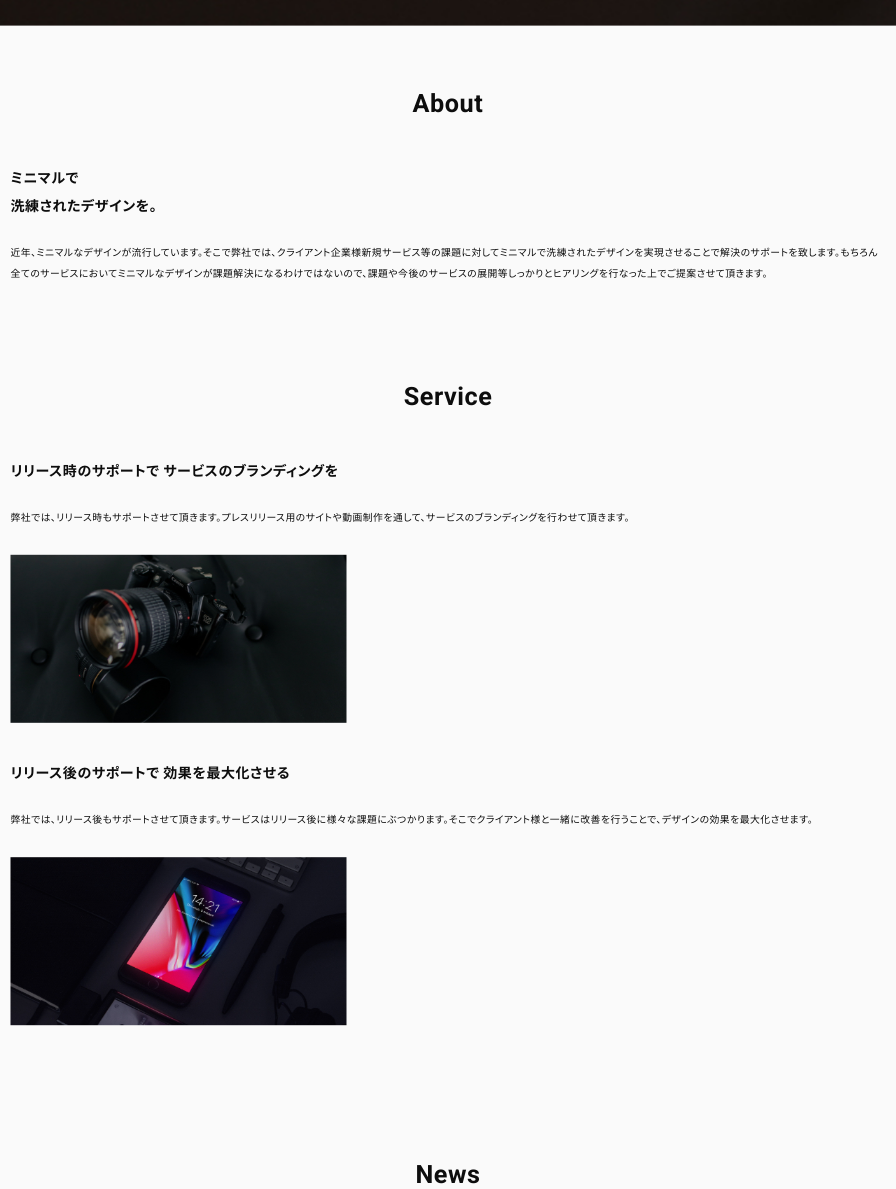
Repository: hatarakimono-kumasan/kurisuta_1st
Page: index.html
These files come from the project's save history. The page is drawn as it stood at one moment and after the next save; the edit follows.
The browser window is 1280 px wide. The pictures show the part of the page from y = 2051 to 3971 px (the page is 3750 px tall before and 3971 px after), at 70% of full size.
Some web libraries are served in a nearby version. The style sheet was rebuilt from its Sass, Less or Tailwind sources for each picture, by a compiler version that may differ from the author's.

Above is the page before, as saved 2020-05-15 08:52:57.

### index.html
<!DOCTYPE html>
<html lang="en">
	<head>
		<meta charset="UTF-8" />
		<meta name="viewport" content="width=device-width, initial-scale=1.0" />
		<meta http-equiv="X-UA-Compatible" content="ie=edge" />
		<title>Cresta.design</title>
		<meta name="keywords" content="カンマ区切りで10個以内推奨" />
		<meta name="description" content="120文字以内" />
		<meta property="og:title" content="このページのタイトル" />
		<meta property="og:type" content="TOPページはwebsite、子ページはarticle" />
		<meta property="og:url" content="このページのURL" />
		<meta property="og:image" content="1200×630以上推奨、絶対パスで指定" />
		<meta property="og:site_name" content="サイト名" />
		<meta property="og:description" content="80〜90文字推奨" />
		<meta name="twitter:card" content="summary or summary_large_image" />
		<meta name="twitter:site" content="@ユーザー名" />
		<meta name="format-detection" content="telephone=no" />
		<!-- <link rel="shortcut icon" sizes="16x16" href="ファビコン" />
		<link rel="apple-touch-icon" sizes="192x192" href="タッチアイコン" />
		<link rel="shortcut icon" sizes="192x192" href="タッチアイコン" /> -->
		<meta name="last-modified" content="Sun, 29 Dec 2019 20:30:30 GMT" />
		<link
			href="https://use.fontawesome.com/releases/v5.6.1/css/all.css"
			rel="stylesheet"
		/>
		<link rel="stylesheet" href="style.css" />
		<script
			src="https://code.jquery.com/jquery-3.4.1.min.js"
			integrity="sha256-CSXorXvZcTkaix6Yvo6HppcZGetbYMGWSFlBw8HfCJo="
			crossorigin="anonymous"
		></script>
	</head>
	<body>
		<!-- header -->
		<header class="header">
			<h1 class="site-title"><a href="./">クリ★スタ</a></h1>
			<div class="nav-wrapper">
				<nav class="header-nav">
					<ul class="nav-list">
						<li class="nav-item"><a href="#about">About</a></li>
						<li class="nav-item"><a href="#service">Service</a></li>
						<li class="nav-item"><a href="#news">News</a></li>
						<li class="nav-item"><a href="#contact">Contact</a></li>
					</ul>
				</nav>
			</div>
			<button class="burger-btn">
				<span class="bars">
					<span class="bar bar_top"></span>
					<span class="bar bar_mid"></span>
					<span class="bar bar_bottom"></span>
				</span>
			</button>
		</header>
		<!-- //header -->

		<!--first view-->
		<div class="first_view">
			<img src="img/fv-bgi_sp@2x.jpg" alt="サイトイメージ" />
			<p>Cresta Design.</p>
		</div>
		<!--//first view-->

		<main>
			<!--about-->
			<section class="about" id="about">
				<h2>About</h2>
				<h3>
					ミニマルで<br />
					洗練されたデザインを。
				</h3>
				<p>
					近年、ミニマルなデザインが流行しています。そこで弊社では、クライアント企業様新規サービス等の課題に対してミニマルで洗練されたデザインを実現させることで解決のサポートを致します。もちろん全てのサービスにおいてミニマルなデザインが課題解決になるわけではないので、課題や今後のサービスの展開等しっかりとヒアリングを行なった上でご提案させて頂きます。
				</p>
			</section>
			<!--//about-->

			<!--service-->
			<section class="service" id="service">
				<h2>Service</h2>
				<h3>リリース時のサポートで サービスのブランディングを</h3>
				<p>
					弊社では、リリース時もサポートさせて頂きます。プレスリリース用のサイトや動画制作を通して、サービスのブランディングを行わせて頂きます。
				</p>
				<img src="/img/service-image@2x.jpg" alt="サービス" />
				<h3>リリース後のサポートで 効果を最大化させる</h3>
				<p>
					弊社では、リリース後もサポートさせて頂きます。サービスはリリース後に様々な課題にぶつかります。そこでクライアント様と一緒に改善を行うことで、デザインの効果を最大化させます。
				</p>
				<img src="/img/service-image02@2x.jpg" alt="サービス" />
			</section>
			<!--//service-->

			<!--news-->
			<section class="news" id="news">
				<h2>News</h2>
			</section>
			<!--//news-->
		</main>
		<script src="drawer.js"></script>
	</body>
</html>

### drawer.js
$(".burger-btn").on("click", function () {
	//.btn_triggerをクリックすると
	$(".burger-btn").toggleClass("close"); //.btn_triggerにcloseクラスを付与(ボタンのアニメーション)
	$(".nav-wrapper").fadeToggle(500); //.nav-wrapperが0.5秒でフェードイン(メニューのフェードイン)
	$("body").toggleClass("noscroll"); //bodyにnoscrollクラスを付与(スクロールを固定)
});

if ($(window).width() < 768) {
	//デバイスの幅が768以下のとき
	$(".nav-item>a").on("click", function () {
		//.nav-item>aをクリックすると
		$(".nav-wrapper").fadeOut(500); //.nav-wrapperが0.5秒でフェードアウト(メニューのフェードアウト)
		$(".burger-btn").removeClass("close"); //.btn_triggerのcloseクラスを削除
		$("body").removeClass("noscroll"); //bodyのnoscrollクラスを削除
	});
}

### style.scss
/* ======================================
Foundation
====================================== */

@import "scss/foundation/reset";
@import "scss/foundation/mixin";
@import "scss/foundation/settings";
@import "scss/foundation/base";

/* ======================================
Layout
====================================== */

@import "scss/layout/header";
// @import 'layout/nav';
@import "scss/layout/main";
// @import 'layout/footer';

/* ======================================
Object
====================================== */

/**
Component
----------------------------------- */

// @import 'object/component/';

/**
Project
----------------------------------- */

// @import 'object/project/';

/**
Utility
----------------------------------- */
// @import 'object/utility/';

### scss/foundation/_reset.scss
html,
body,
div,
span,
object,
iframe,
h1,
h2,
h3,
h4,
h5,
h6,
p,
blockquote,
pre,
abbr,
address,
cite,
code,
del,
dfn,
em,
img,
ins,
kbd,
q,
samp,
small,
strong,
sub,
sup,
var,
b,
i,
dl,
dt,
dd,
ol,
ul,
li,
fieldset,
form,
label,
legend,
table,
caption,
tbody,
tfoot,
thead,
tr,
th,
td,
article,
aside,
canvas,
details,
figcaption,
figure,
footer,
header,
hgroup,
menu,
nav,
section,
summary,
time,
mark,
audio,
video {
	margin: 0;
	padding: 0;
	border: 0;
	outline: 0;
	font-size: 100%;
	vertical-align: baseline;
	background: transparent;
}
body {
	line-height: 1;
}
article,
aside,
details,
figcaption,
figure,
footer,
header,
hgroup,
menu,
nav,
section,
main {
	display: block;
}
ol,
ul {
	list-style: none;
}
blockquote,
q {
	quotes: none;
}
blockquote:before,
blockquote:after,
q:before,
q:after {
	content: "";
	content: none;
}
a {
	margin: 0;
	padding: 0;
	font-size: 100%;
	vertical-align: baseline;
	background: transparent;
}
ins {
	background-color: #ff9;
	color: #333;
	text-decoration: none;
}
mark {
	background-color: #ff9;
	color: #333;
	font-style: italic;
	font-weight: bold;
}
del {
	text-decoration: line-through;
}
abbr[title],
dfn[title] {
	border-bottom: 1px dotted;
	cursor: help;
}
table {
	border-collapse: collapse;
	border-spacing: 0;
}
hr {
	display: block;
	height: 1px;
	border: 0;
	border-top: 1px solid #cccccc;
	margin: 1em 0;
	padding: 0;
}
input,
select {
	vertical-align: middle;
}

### scss/foundation/_mixin.scss
/*================================================= mixin (mobile to pc)
=================================================*/
$tab: 768px;
$lap: 1024px;
$pc: 1200px;

@mixin tab {
	@media screen and (min-width: ($tab)) {
		@content;
	}
}

@mixin lap {
	@media screen and (min-width: ($lap)) {
		@content;
	}
}

@mixin pc {
	@media screen and (min-width: ($pc)) {
		@content;
	}
}

/*================================================= トラッキング(letter-spacing)のmixin
=================================================*/
@mixin tracking($tracking) {
	letter-spacing: ($tracking / 1000) + em;
}

// 利用するとき
//   p {
//    @include tracking(16);
//   }

### scss/foundation/_settings.scss
/*
font
------------------------------------------*/
@import url("https://fonts.googleapis.com/css2?family=Roboto:wght@400;700&display=swap");
@import url("https://fonts.googleapis.com/css2?family=Noto+Sans+JP:wght@700&display=swap");
body {
	font-family: Roboto, "Noto Sans JP", 游ゴシック, "Yu Gothic", 游ゴシック体,
		YuGothic, "ヒラギノ角ゴ Pro W3", "Hiragino Kaku Gothic Pro", "Meiryo UI",
		メイリオ, Meiryo, sans-serif;
	font-size: medium;
	letter-spacing: 0.05em;
	word-break: break-all;
}
h1,
h2,
h3,
h4,
h5,
strong {
	font-weight: bold;
}

/*フォントサイズ
https://websemantics.uk/tools/responsive-font-calculator/
-------------------------------------------------*/
html {
	font-size: 62.5%;
}
body {
	font-size: 1.6rem; /* 16px*/
	line-height: 2;
}
h1 {
	font-size: 26px; /* IE8以下とAndroid4.3以下用フォールバック */
	font-size: 2.6rem;
	line-height: calc(24 / 36);
	font-family: Roboto;
}
h2 {
	font-size: 36px; /* IE8以下とAndroid4.3以下用フォールバック */
	font-size: 3.6rem;
	line-height: calc(24 / 36);
	font-family: Roboto;
	text-align: center;
}
h3 {
	font-size: 20px; /* IE8以下とAndroid4.3以下用フォールバック */
	font-size: 2rem;
	line-height: calc(40 / 20);
	font-family: "Noto Sans JP";
}
p {
	font-size: 14px; /* IE8以下とAndroid4.3以下用フォールバック */
	font-size: 1.4rem;
	line-height: calc(30 / 14);
	font-family: "Noto Sans JP";
	@include tracking(50);
}

### scss/foundation/_base.scss
/*
Base
---------------------------------------------- */
html {
	box-sizing: border-box;
	height: 100%;
}
*,
*:before,
*:after {
	box-sizing: inherit;
}
body {
	height: 100%;
	font-feature-settings: "palt";
	color: #0d0d0d;
	background-color: #fafafa;
}
img {
	max-width: 100%;
	height: auto;
	vertical-align: bottom;
}
a {
	color: inherit;
}
input,
textarea {
	font-family: inherit;
	font-size: 100%;
}

### scss/layout/_header.scss
// body {
// 	color: #141414;
// 	font-size: 1.4rem;
// 	line-height: 1.8;
// 	letter-spacing: 0.05em;

// 	font-family: "Roboto", sans-serif, "Noto Sans JP", sans-serif;
// }
.noscroll {
	overflow: hidden;
}
/* img {
	width: 100%;
	vertical-align: bottom;
} */
a {
	text-decoration: none;
	color: #fff;
}
// .section-title {
// 	font-size: 3.6rem;
// 	font-weight: bold;
// 	text-align: center;
// 	letter-spacing: 0.05em;
// 	margin-bottom: 70px;
// }
// h3 {
// 	font-size: 2.4rem;
// 	font-weight: bold;
// 	line-height: 2;
// 	letter-spacing: 0.1em;
// 	margin-bottom: 40px;
// }
// .section-wrapper {
// 	padding: 100px 10% 50px;
// }

/* ------------------ */
/* header */
/* ------------------ */
.header {
	background-color: #1b1310;
	color: #fff;
	height: 74px;
	display: flex;
	justify-content: space-between;
	align-items: center;
	padding: 0 120px;
	border-bottom: 1px solid #fff;
}
.nav-list {
	/* navの横並び */
	display: flex;
}
.nav-item {
	/* メニューの右側に余白 */
	margin-right: 55px;
}
.burger-btn {
	display: none;
}

@media screen and (max-width: 768px) {
	/* ----------------------- */
	/* base_sp
/* ----------------------- */

	// h3 {
	// 	font-size: 2rem;
	// 	margin-bottom: 30px;
	// }
	// .section-wrapper {
	// 	padding: 100px 5% 50px;
	// }
	/* ------------------ */
	/* humberger-menu */
	/* ------------------ */
	.header {
		padding: 0 5%;
	}
	.burger-btn {
		display: block;
		width: 39px;
		height: 39px;
		position: relative;
		z-index: 3;
		/*   codepenの挙動のため */
		background-color: transparent;
		border: none;
	}
	.bar {
		width: 20px;
		height: 1px;
		display: block;
		position: absolute;
		left: 50%;
		transform: translateX(-50%);
		background-color: #fff;
	}
	.bar_top {
		top: 10px;
	}
	.bar_mid {
		top: 50%;
		transform: translate(-50%, -50%);
	}
	.bar_bottom {
		bottom: 10px;
	}
	.burger-btn.close .bar_top {
		transform: translate(-50%, 10px) rotate(45deg);
		transition: transform 0.3s;
	}
	.burger-btn.close .bar_mid {
		opacity: 0;
		transition: opacity 0.3s;
	}
	.burger-btn.close .bar_bottom {
		transform: translate(-50%, -8px) rotate(-45deg);
		transition: transform 0.3s;
	}
	.nav-wrapper {
		display: none;
		width: 100vw;
		height: 100vh;
		position: fixed;
		top: 0;
		left: 0;
		z-index: 2; /*キービジュアルと.btn_triggerとの重なりの前後関係を調整*/
	}
	.header-nav {
		width: 100%;
		height: 100%;
		background-color: #1b1310;
		z-index: 2;
	}
	.header-nav .nav-list {
		display: block;
		position: absolute;
		top: 50%;
		left: 50%;
		transform: translate(-50%, -50%);
		text-align: center;
	}
	.header-nav .nav-item {
		margin-right: 0;
		margin-bottom: 40px;
	}
}

### scss/layout/_main.scss
/*=======================================
first view
=========================================*/
.first_view {
	width: 100%;
	position: relative;

	img {
		min-width: 100%;
	}
	p {
		width: 300px;
		height: 100px;
		border: #fff 2px solid;
		color: #fff;
		position: absolute;
		transform: translateY(-50%);
		font-size: 3rem;
		top: 50%;
		left: 50%;
		text-align: center;
		transform: translate(-50%, -50%);
		line-height: 100px;
	}
}

/*=============================================
all
===============================================*/
main {
	width: calc(100% - 30px);
	margin: auto;
	margin-top: 10rem;
	margin-bottom: 5rem;
}
.about,
.service {
	width: 100%;
	margin-bottom: 15rem;
	h2 {
		margin-bottom: 7.3rem;
	}
	h3 {
		margin-bottom: 3.1rem;
	}
}

/*=============================================
about
===============================================*/
.about {
}

/*=============================================
service
===============================================*/
.service {
	img {
		margin: 4rem 0 5.1rem;
	}
}

After the next save:
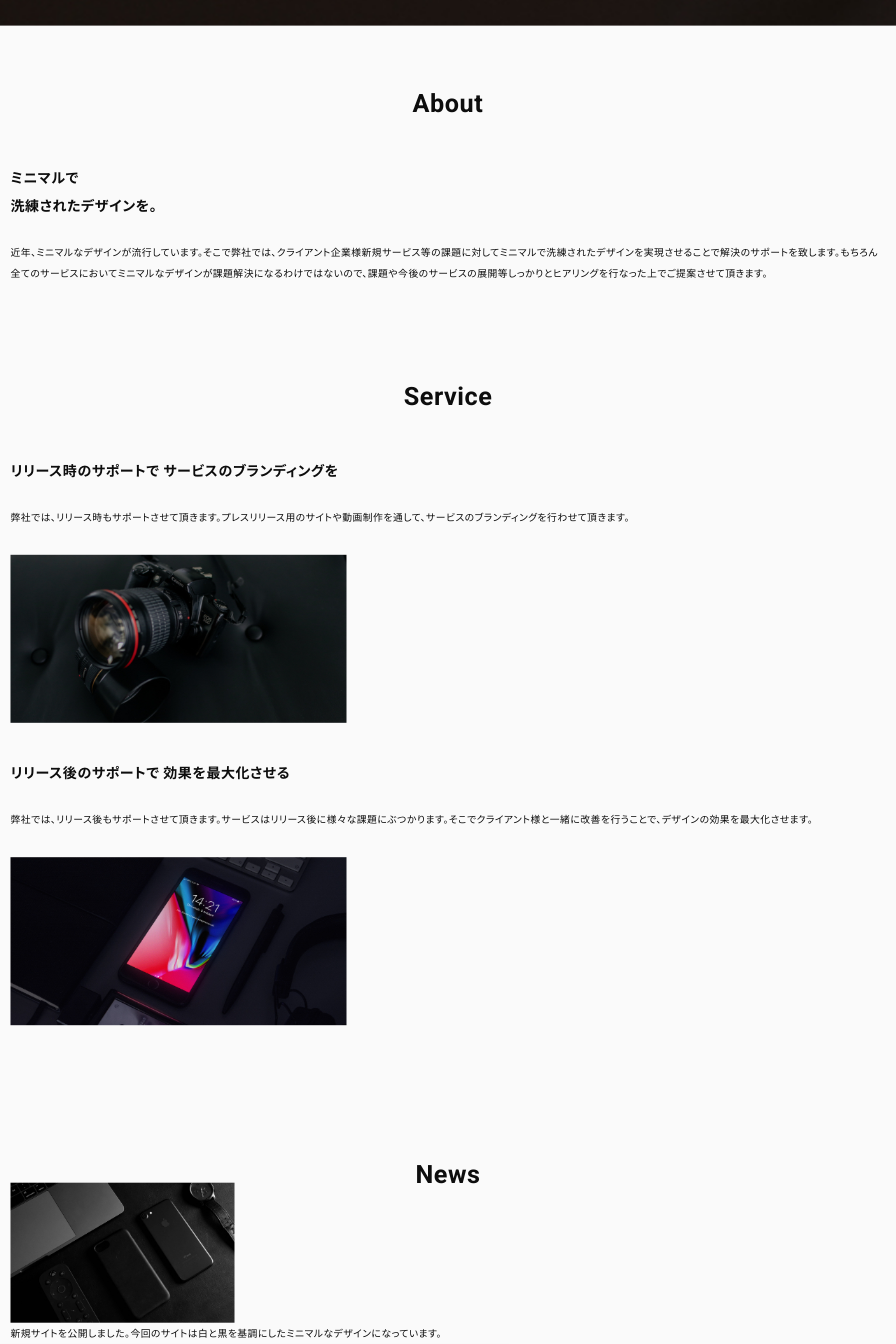
Saved 9 min 24 s later.
--- a/index.html
+++ b/index.html
@@ -95,6 +95,18 @@
 			<!--news-->
 			<section class="news" id="news">
 				<h2>News</h2>
+				<section class="news_card_wrapper">
+					<img
+						class="card-img"
+						src="img/card-image1@2x.jpg"
+						alt="newsイメージ"
+					/>
+					<div class="card-content">
+						<p class="card-text">
+							新規サイトを公開しました。今回のサイトは白と黒を基調にしたミニマルなデザインになっています。
+						</p>
+					</div>
+				</section>
 			</section>
 			<!--//news-->
 		</main>
